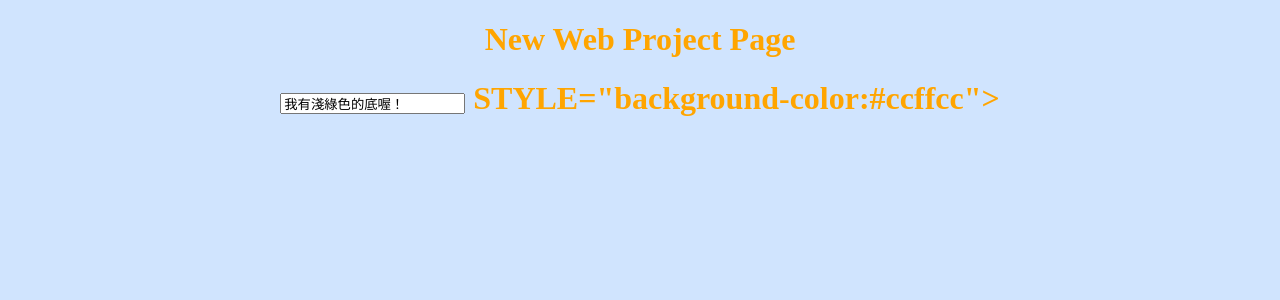
Repository: ericluo1123/myWebCode
Page: myWebProject/index.html
These files come from the project's save history. The page is drawn as it stood at one moment and after a run of saves; the edit follows.
The browser window is 1280 px wide. The pictures show the whole page.

Above is the page before, as saved 2014-10-23 02:17:13.

### myWebProject/index.html
<!DOCTYPE HTML PUBLIC "-//W3C//DTD HTML 4.01 Transitional//EN"
"http://www.w3.org/TR/html4/loose.dtd">
<html xmlns="http://www.w3.org/1999/xhtml">
	<head>
		<!-- <link rel=stylesheet type="text/css" href="myCSS.css"> -->
		<style type="text/css">
			@import url(myCSS.css);
		</style>

		<script type="text/javascript" 	src="C:\Users\taianluo\Documents\GitHub\myWebCode\myWebProject\myJavascript.js"></script>
		<meta http-equiv="Content-Type" content="text/html; charset=utf-8" />
		<title>New Web Project</title>
	</head>
	<body>
		<h1>New Web Project Page</h1>
		<h1>
		<input type="Text" value="我有淺綠色的底喔！">
		STYLE="background-color:#ccffcc"> </h1>

	</body>
</html>

### myWebProject/myCSS.css
body {
	background-color: #d0e4fe;
}

h1 {
	color: orange;
	text-align: center;
}

p {
	font-family: "Times New Roman";
	font-size: 20px;
}

After the next 2 saves:
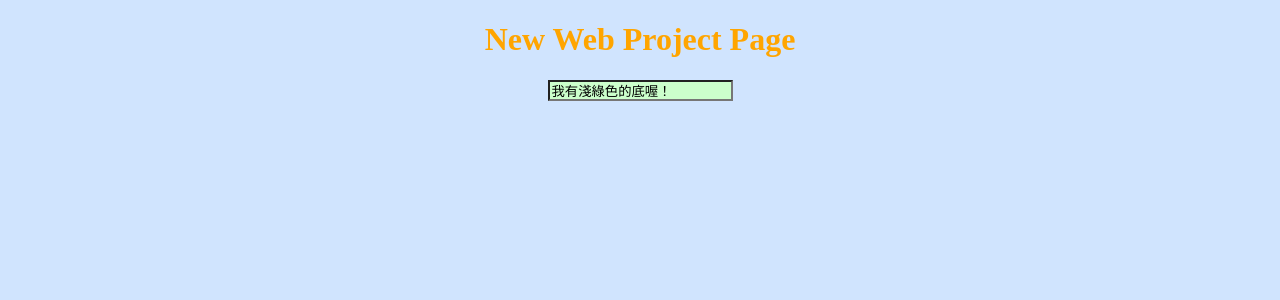
The 2 saves are shown as one change because they came seconds apart.
The last was saved 23 s later.
--- a/myWebProject/index.html
+++ b/myWebProject/index.html
@@ -14,8 +14,8 @@
 	<body>
 		<h1>New Web Project Page</h1>
 		<h1>
-		<input type="Text" value="我有淺綠色的底喔！">
-		STYLE="background-color:#ccffcc"> </h1>
+		<input type="Text" value="我有淺綠色的底喔！"	STYLE="background-color:#ccffcc">
+		</h1>
 
 	</body>
 </html>
